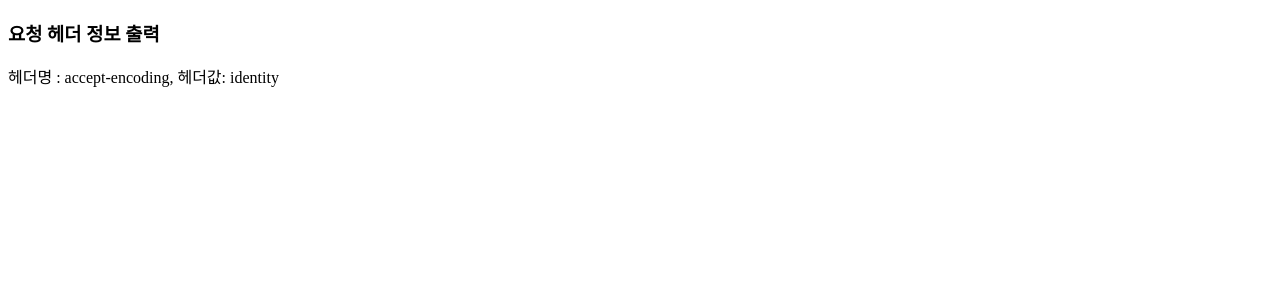
Repository: parkblacksheep/JSP-Servlet
Page: http://localhost/HelloJSP2_2/object/requestHeader.jsp
The author's editor kept a copy of each file at every save. The page is drawn from the files as they stood at one save, then again after the next save.
The browser window is 1280 px wide. The pictures show the whole page.
The page is served by Tomcat 9.

Above is the page before, as saved 2024-07-25 02:54:25.

### HelloJSP2_2/src/main/webapp/object/requestHeader.jsp
<%@page import="java.util.Enumeration"%>
<%@ page language="java" contentType="text/html; charset=UTF-8"
    pageEncoding="UTF-8"%>
<!DOCTYPE html>
<html>
<head>
<meta charset="UTF-8">
<title>Insert title here</title>
</head>
<body>
	<h3>요청 헤더 정보 출력</h3>
	<%
		Enumeration headers=request.getHeaderNames();
		while(headers.hasMoreElements()){
			String headerName=(String)headers.nextElement();
			String headerValue=request.getHeader(headerName);
			out.println("헤더명 : "+ headerName+", 헤더값: "+headerValue+"<br.");
		}
	%>
</body>
</html>

After the next save:
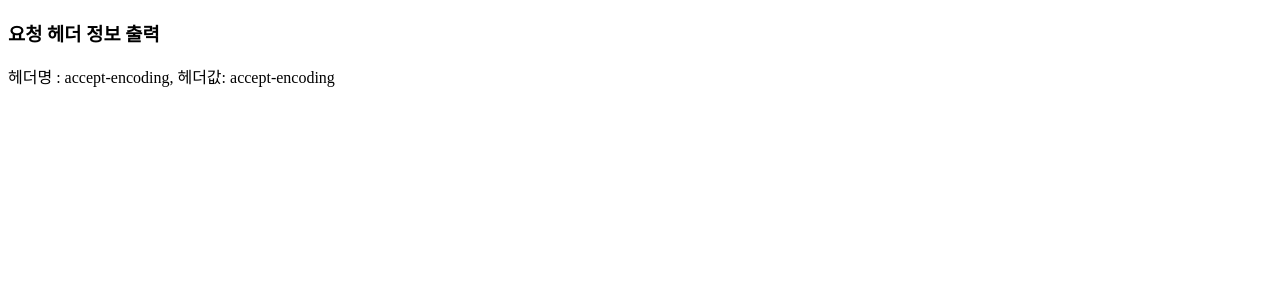
Saved 102 s later.
--- a/HelloJSP2_2/src/main/webapp/object/requestHeader.jsp
+++ b/HelloJSP2_2/src/main/webapp/object/requestHeader.jsp
@@ -14,7 +14,7 @@
 		while(headers.hasMoreElements()){
 			String headerName=(String)headers.nextElement();
 			String headerValue=request.getHeader(headerName);
-			out.println("헤더명 : "+ headerName+", 헤더값: "+headerValue+"<br.");
+			out.println("헤더명 : "+ headerName+", 헤더값: "+headerName+"<br.");
 		}
 	%>
 </body>

After the save that followed:
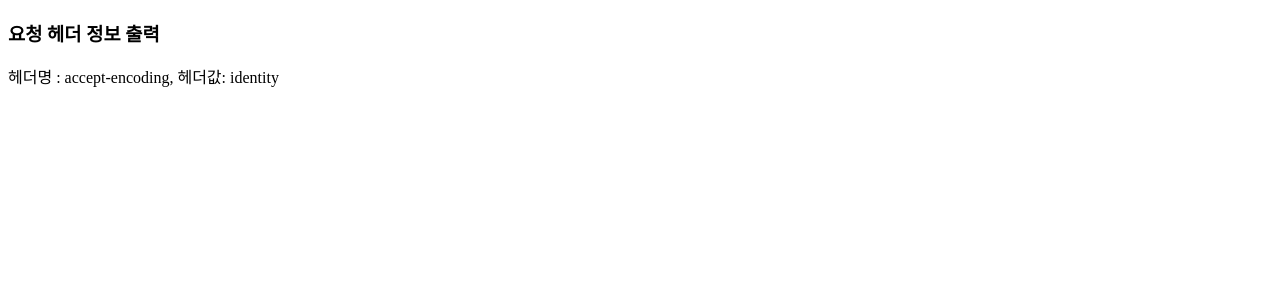
Saved 23 s later.
--- a/HelloJSP2_2/src/main/webapp/object/requestHeader.jsp
+++ b/HelloJSP2_2/src/main/webapp/object/requestHeader.jsp
@@ -14,7 +14,7 @@
 		while(headers.hasMoreElements()){
 			String headerName=(String)headers.nextElement();
 			String headerValue=request.getHeader(headerName);
-			out.println("헤더명 : "+ headerName+", 헤더값: "+headerName+"<br.");
+			out.println("헤더명 : "+ headerName+", 헤더값: "+headerValue+"<br.");
 		}
 	%>
 </body>
